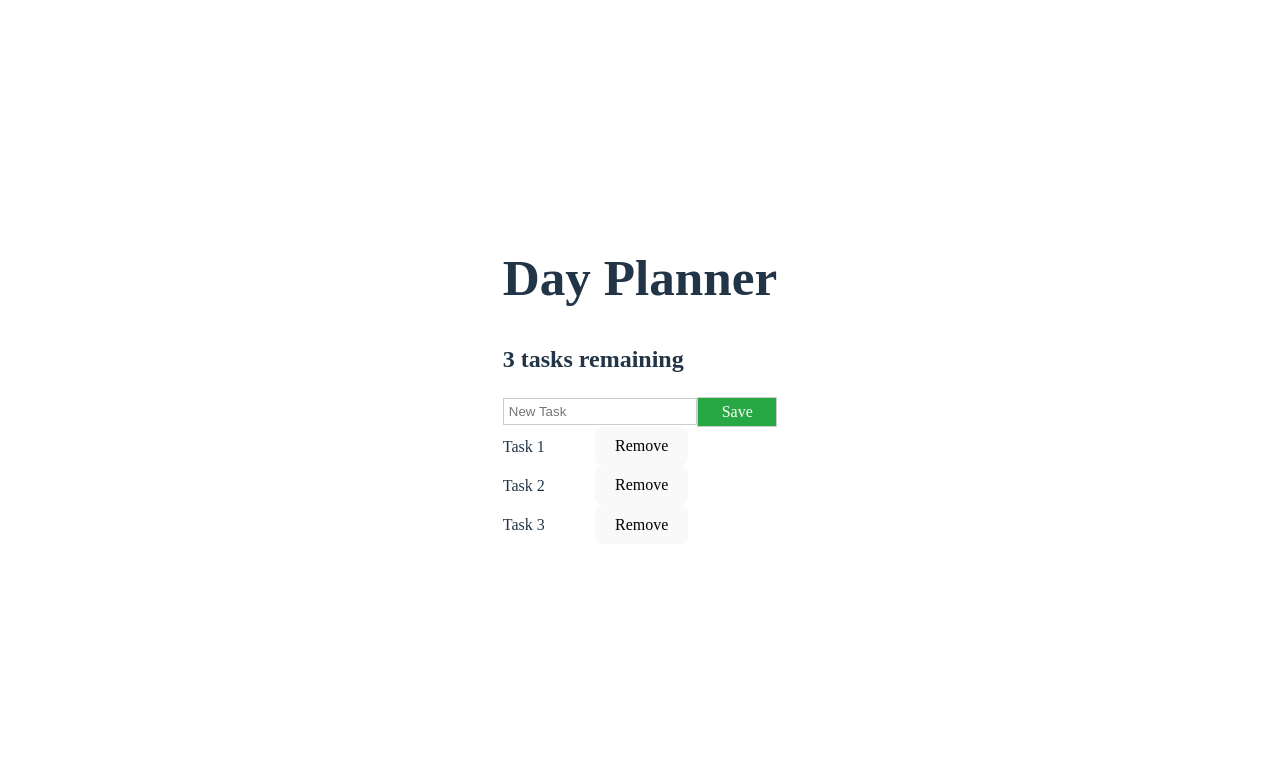
Repository: GavinPahal/lab5
Page: /
The author's editor kept a copy of each file at every save. The page is drawn from the files as they stood at one save, then again after a run of saves.
The browser window is 1280 px wide. The pictures show the whole page.
The project was rebuilt for these pictures with package versions that can differ from the ones it lists, and the page was loaded fresh each time. Also part of the build but not shown: vite.config.js.

Above is the page before, as saved 2024-10-11 18:08:01.

After the next 2 saves:
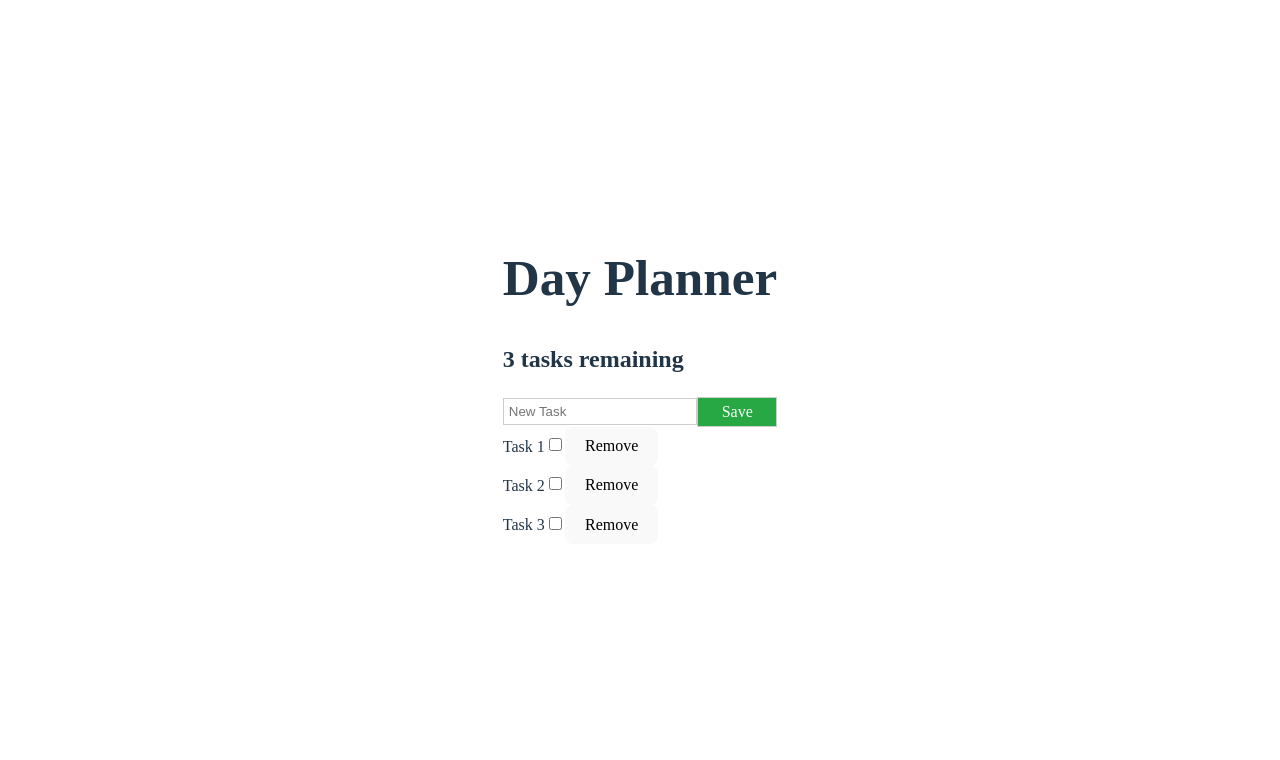
The 2 saves are shown as one change because they came seconds apart.
The last was saved 10 s later.
--- a/components/TaskList.jsx
+++ b/components/TaskList.jsx
@@ -1,22 +1,17 @@
 // components/TaskList.jsx
 import React from 'react';
+import Task from './Task';
 
 function TaskList({ tasks, toggleComplete, deleteTask }) {
   return (
     <div>
       {tasks.map((task) => (
-        <div key={task.id} className={`task ${task.isCompleted ? 'completed' : ''}`}>
-          <span onClick={() => toggleComplete(task.id)} style={{ cursor: 'pointer' }}>
-            {task.name}
-          </span>
-          <button
-            className="remove"
-            onClick={() => deleteTask(task.id)}
-            style={{ marginLeft: '50px' }} // Add space to the left of the remove button
-          >
-            Remove
-          </button>
-        </div>
+        <Task
+          key={task.id}
+          task={task}
+          toggleComplete={toggleComplete}
+          deleteTask={deleteTask}
+        />
       ))}
     </div>
   );
